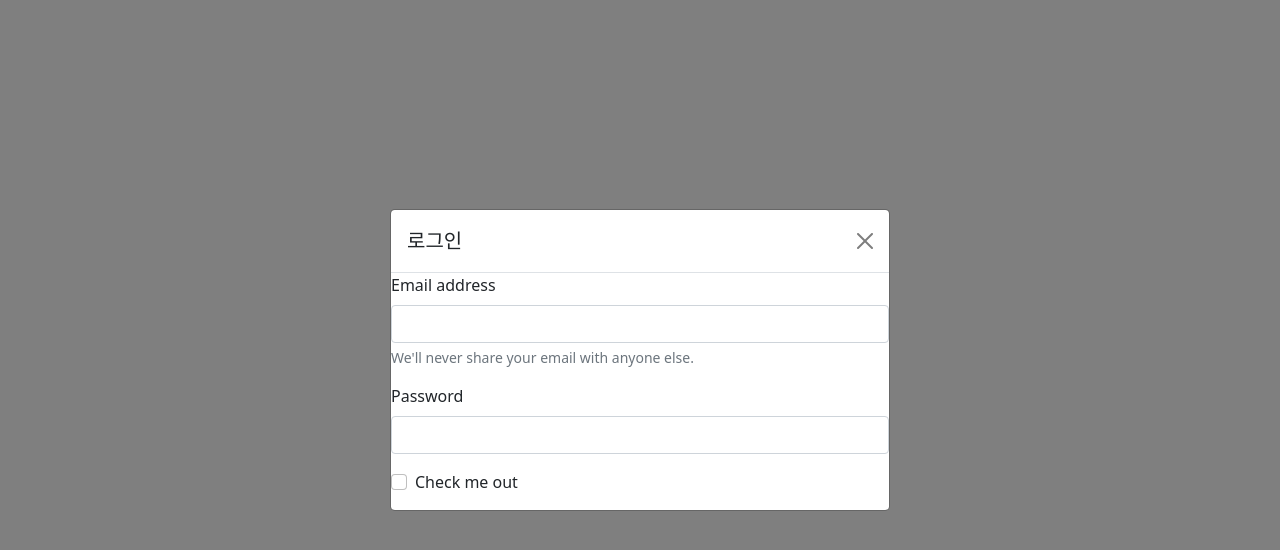
Repository: hyunha95/selfStudy
Page: http://localhost/spring-board/WEB-INF/views/member/login.jsp
These files come from the project's save history. The page is drawn as it stood at one moment and after the next save; the edit follows.
The browser window is 1280 px wide. The pictures show the whole page.
The page is served by Tomcat 9. Nobody is signed in. Other server files are loaded and not shown. The template is opened directly, without the code that normally fills it, so the values that code supplies are empty.

Above is the page before, as saved 2022-01-15 07:29:00.

### spring_workspace/spring-board/src/main/webapp/WEB-INF/views/member/login.jsp
<%@ page language="java" contentType="text/html; charset=UTF-8"
    pageEncoding="UTF-8"%>
<%@ taglib prefix="c" uri="http://java.sun.com/jsp/jstl/core"%>
<%@ taglib prefix="fmt" uri="http://java.sun.com/jsp/jstl/fmt"%>
<%@ taglib prefix="fn" uri="http://java.sun.com/jsp/jstl/functions"%>
<%@ taglib prefix="sec" uri="http://www.springframework.org/security/tags" %>
<%-- spring-webmvc의존 : security의 csrf토큰 생성 --%>
<%@ taglib prefix="form" uri="http://www.springframework.org/tags/form" %>
<!DOCTYPE html>
<html>
<head>
<!-- Required meta tags -->
<meta charset="utf-8">
<meta name="viewport" content="width=device-width, initial-scale=1">
<title>Insert title here</title>
<script src="https://code.jquery.com/jquery-3.6.0.js" integrity="sha256-H+K7U5CnXl1h5ywQfKtSj8PCmoN9aaq30gDh27Xc0jk=" crossorigin="anonymous"></script>
<link href="https://cdn.jsdelivr.net/npm/bootstrap@5.1.3/dist/css/bootstrap.min.css" rel="stylesheet" integrity="sha384-1BmE4kWBq78iYhFldvKuhfTAU6auU8tT94WrHftjDbrCEXSU1oBoqyl2QvZ6jIW3" crossorigin="anonymous">
<script>
$(() => {
	$(loginModal).modal('show');
});
</script>

</head>
<body>
	<!-- Modal 시작 -->
	<div class="modal fade" id="loginModal" data-bs-backdrop="static" data-bs-keyboard="false" tabindex="-1" aria-labelledby="staticBackdropLabel" aria-hidden="true">
	  <div class="modal-dialog modal-dialog-centered">
	    <div class="modal-content">
	      <div class="modal-header">
	        <h5 class="modal-title" id="staticBackdropLabel">로그인</h5>
	        <button type="button" class="btn-close" data-bs-dismiss="modal" aria-label="Close"></button>
	      </div>
	      <form:form>
	        <div class="mb-3">
			    <label for="exampleInputEmail1" class="form-label">Email address</label>
			    <input type="email" class="form-control" id="exampleInputEmail1" aria-describedby="emailHelp">
			    <div id="emailHelp" class="form-text">We'll never share your email with anyone else.</div>
		    </div>
			<div class="mb-3">
			    <label for="exampleInputPassword1" class="form-label">Password</label>
			    <input type="password" class="form-control" id="exampleInputPassword1">
			</div>
			<div class="mb-3 form-check">
			    <input type="checkbox" class="form-check-input" id="exampleCheck1">
			    <label class="form-check-label" for="exampleCheck1">Check me out</label>
			</div>
	      </form:form>
	    </div>
	  </div>
	</div>
	<!-- Modal 끝 -->
	<script src="https://cdn.jsdelivr.net/npm/bootstrap@5.1.3/dist/js/bootstrap.bundle.min.js" integrity="sha384-ka7Sk0Gln4gmtz2MlQnikT1wXgYsOg+OMhuP+IlRH9sENBO0LRn5q+8nbTov4+1p" crossorigin="anonymous"></script>
</body>
</html>

After the next save:
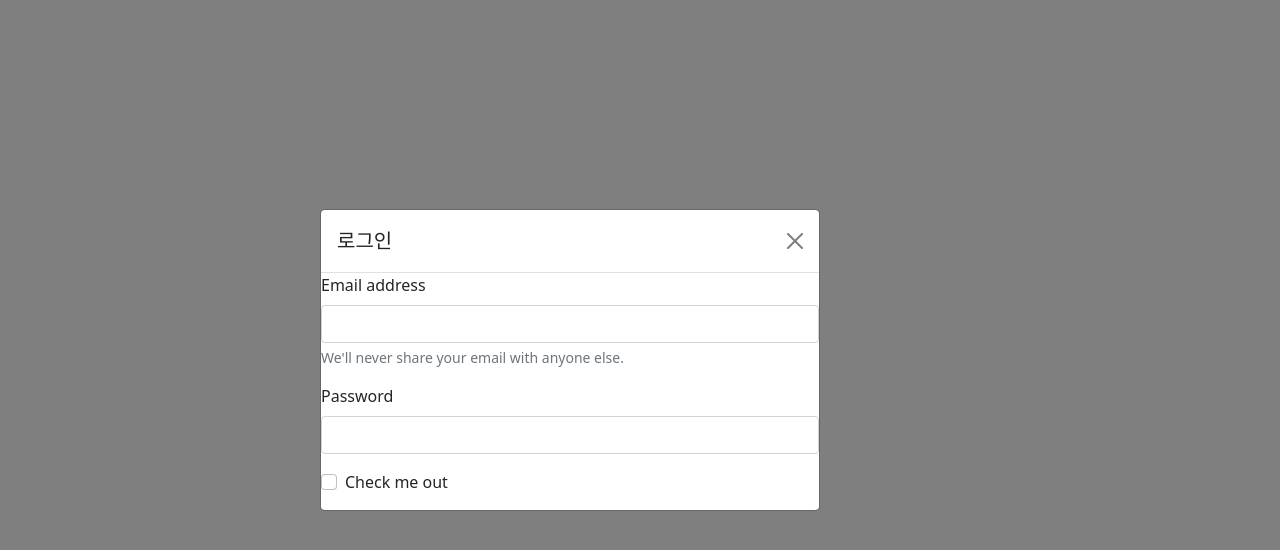
Saved 54 s later.
--- a/spring_workspace/spring-board/src/main/webapp/WEB-INF/views/member/login.jsp
+++ b/spring_workspace/spring-board/src/main/webapp/WEB-INF/views/member/login.jsp
@@ -24,7 +24,7 @@
 </head>
 <body>
 	<!-- Modal 시작 -->
-	<div class="modal fade" id="loginModal" data-bs-backdrop="static" data-bs-keyboard="false" tabindex="-1" aria-labelledby="staticBackdropLabel" aria-hidden="true">
+	<div class="modal fade modal-xl" id="loginModal" data-bs-backdrop="static" data-bs-keyboard="false" tabindex="-1" aria-labelledby="staticBackdropLabel" aria-hidden="true">
 	  <div class="modal-dialog modal-dialog-centered">
 	    <div class="modal-content">
 	      <div class="modal-header">

After the save that followed:
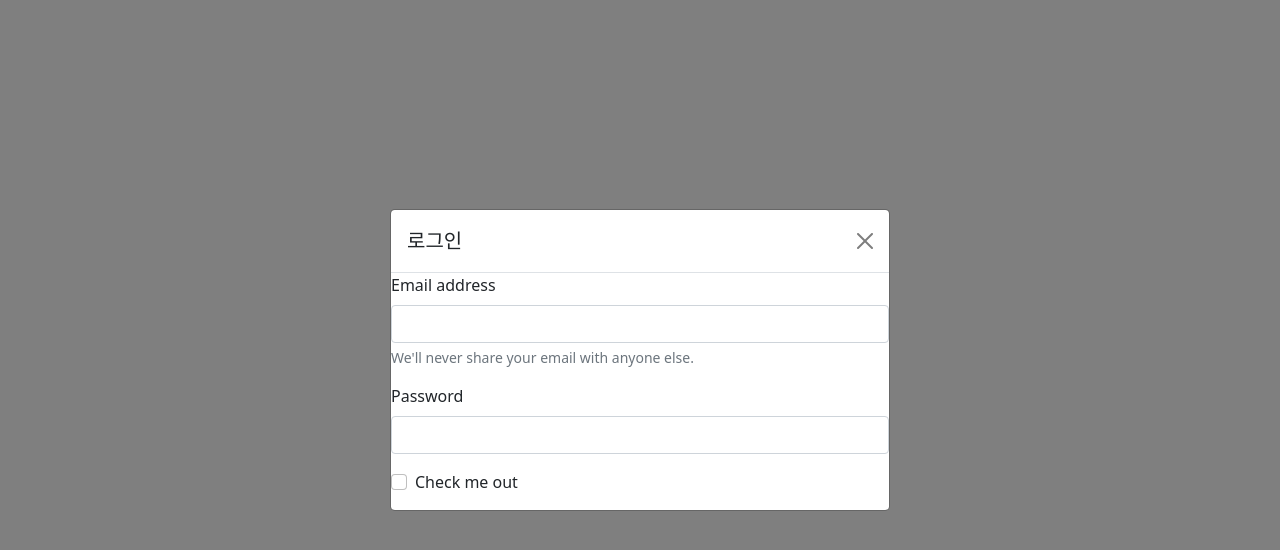
Saved 9 s later.
--- a/spring_workspace/spring-board/src/main/webapp/WEB-INF/views/member/login.jsp
+++ b/spring_workspace/spring-board/src/main/webapp/WEB-INF/views/member/login.jsp
@@ -24,7 +24,7 @@
 </head>
 <body>
 	<!-- Modal 시작 -->
-	<div class="modal fade modal-xl" id="loginModal" data-bs-backdrop="static" data-bs-keyboard="false" tabindex="-1" aria-labelledby="staticBackdropLabel" aria-hidden="true">
+	<div class="modal fade" id="loginModal" data-bs-backdrop="static" data-bs-keyboard="false" tabindex="-1" aria-labelledby="staticBackdropLabel" aria-hidden="true">
 	  <div class="modal-dialog modal-dialog-centered">
 	    <div class="modal-content">
 	      <div class="modal-header">
